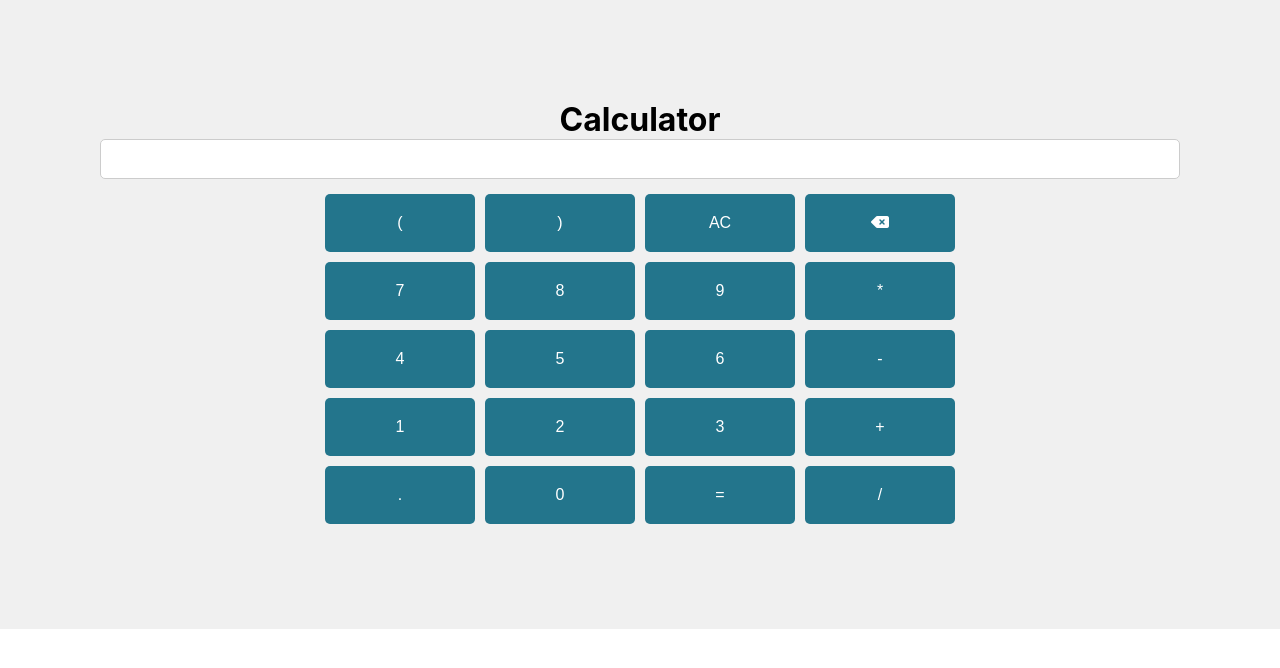
Repository: thesaherriaz/Calculator-React
Page: /
The author's editor kept a copy of each file at every save. The page is drawn from the files as they stood at one save, then again after the next save.
The browser window is 1280 px wide. The pictures show the whole page.
The project was rebuilt for these pictures with package versions that can differ from the ones it lists, and the page was loaded fresh each time.

Above is the page before, as saved 2025-06-18 15:14:03.

After the next save:
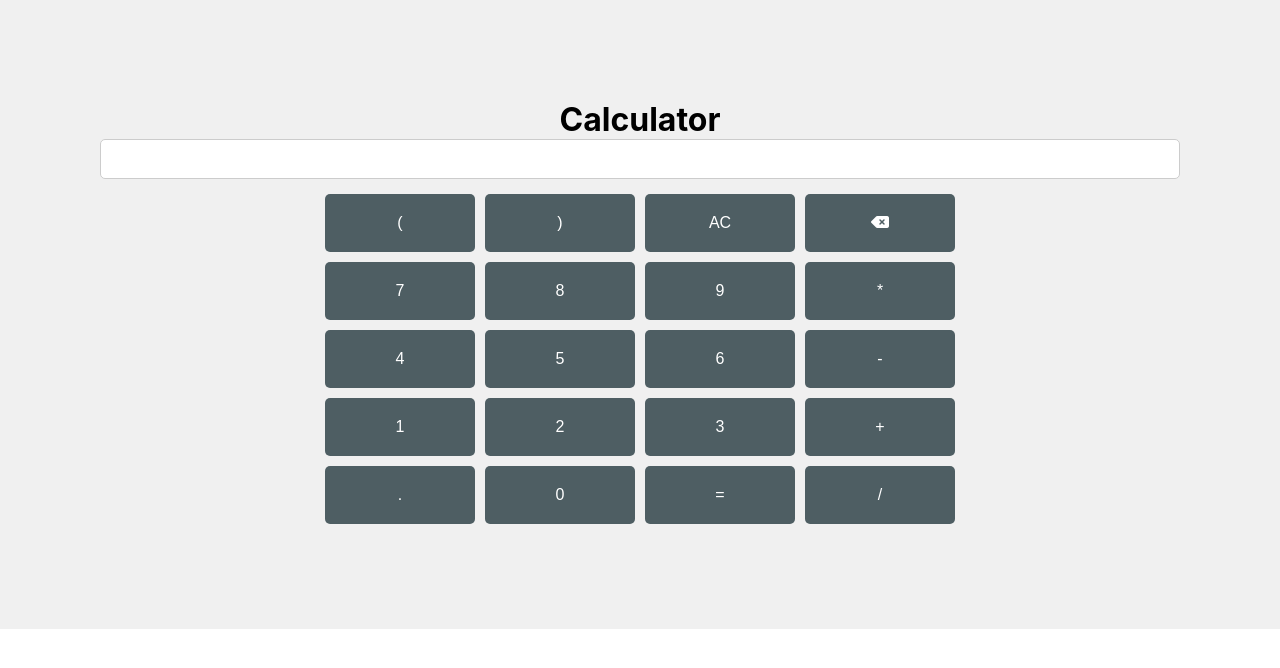
Saved 4 s later.
--- a/src/compnents/Calculator.css
+++ b/src/compnents/Calculator.css
@@ -14,7 +14,7 @@
   padding: 100px;
 }
 .btn-cal{
-  background-color: #23758c;
+  background-color: #4e5e63;
   width: 150px;
   color: white;
   border: none;
